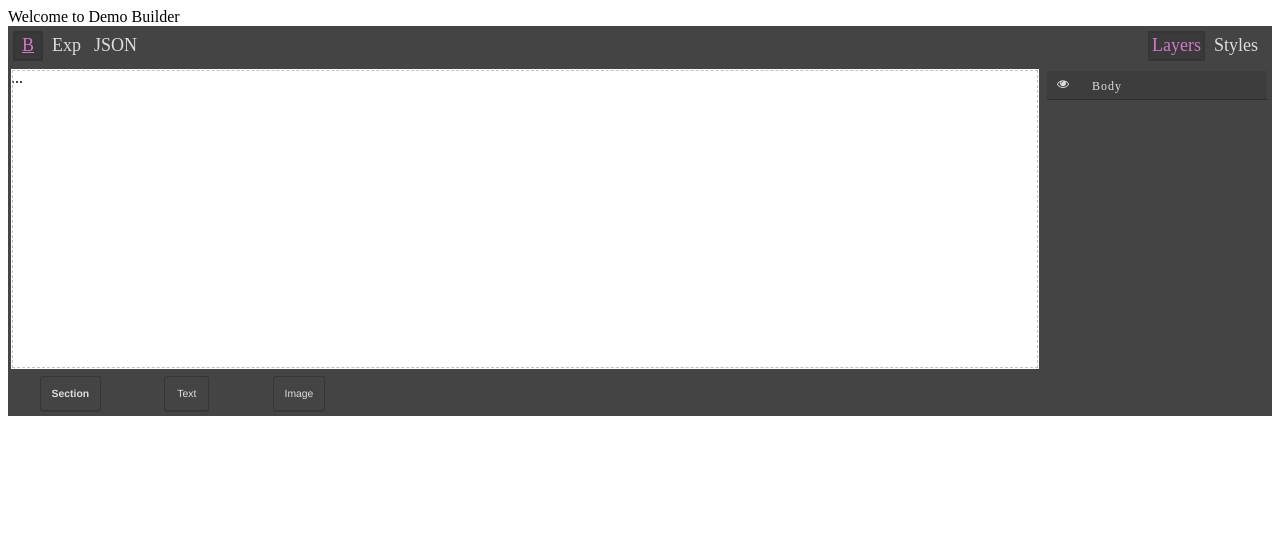
Repository: adityakulkarni000/DemoBuilder
Page: index.html
An editor plug-in stored every save of this project. The page is shown before and after a run of saves, followed by the edit.
The browser window is 1280 px wide. The pictures show the whole page.

Above is the page before, as saved 2022-06-19 01:38:14.

### index.html
<html>
  <header>Welcome to Demo Builder</header>
  <link rel="stylesheet" href="css/grapes.min.css" />
  <script src="lib/grapes.min.js"></script>

  <!-- STYLE SECTION-->
  <style>
    /* Let's highlight canvas boundaries */
    #gjs {
      border: 3px solid #444;
    }

    /* Reset some default styling */
    .gjs-cv-canvas {
      top: 0;
      width: 100%;
      height: 100%;
    }
    .gjs-block {
      width: auto;
      height: auto;
      min-height: auto;
    }
    .panel__top {
      padding: 0;
      width: 100%;
      display: flex;
      position: initial;
      justify-content: center;
      justify-content: space-between;
    }
    .panel__basic-actions {
      position: initial;
    }
    .editor-row {
      display: flex;
      justify-content: flex-start;
      align-items: stretch;
      flex-wrap: nowrap;
      height: 300px;
    }

    .editor-canvas {
      flex-grow: 1;
    }

    .panel__right {
      flex-basis: 230px;
      position: relative;
      overflow-y: auto;
    }
    .panel__switcher {
      position: initial;
    }
  </style>

  <!-- BODY SECTION-->
  <body>
    <div class="panel__top">
      <div class="panel__basic-actions"></div>
      <div class="panel__switcher"></div>
    </div>
    <div class="editor-row">
      <div class="editor-canvas">
        <div id="gjs">...</div>
      </div>
      <div class="panel__right">
        <div class="layers-container"></div>
        <div class="styles-container"></div>
        <div class="traits-container"></div>
      </div>
    </div>
    <div id="blocks"></div>
  </body>

  <!-- SCRIPT SECTION-->
  <script>
    const editor = grapesjs.init({
      // Indicate where to init the editor. You can also pass an HTMLElement
      container: "#gjs",
      // Get the content for the canvas directly from the element
      // As an alternative we could use: `components: '<h1>Hello World Component!</h1>'`,
      fromElement: true,
      // Size of the editor
      height: "300px",
      width: "auto",
      // Disable the storage manager for the moment
      storageManager: false,
      // Avoid any default panel
      panels: { defaults: [] },

      blockManager: {
        appendTo: "#blocks",
        blocks: [
          {
            id: "section", // id is mandatory
            label: "<b>Section</b>", // You can use HTML/SVG inside labels
            attributes: { class: "gjs-block-section" },
            content: `<section>
          <h1>This is a simple title</h1>
          <div>This is just a Lorem text: Lorem ipsum dolor sit amet</div>
        </section>`,
          },
          {
            id: "text",
            label: "Text",
            content: '<div data-gjs-type="text">Insert your text here</div>',
          },
          {
            id: "image",
            label: "Image",
            // Select the component once it's dropped
            select: true,
            // You can pass components as a JSON instead of a simple HTML string,
            // in this case we also use a defined component type `image`
            content: { type: "image" },
            // This triggers `active` event on dropped components and the `image`
            // reacts by opening the AssetManager
            activate: true,
          },
        ],
      },
      layerManager: {
        appendTo: ".layers-container",
      },
      // We define a default panel as a sidebar to contain layers
      panels: {
        defaults: [
          {
            id: "layers",
            el: ".panel__right",
            // Make the panel resizable
            resizable: {
              maxDim: 350,
              minDim: 200,
              tc: 0, // Top handler
              cl: 1, // Left handler
              cr: 0, // Right handler
              bc: 0, // Bottom handler
              // Being a flex child we need to change `flex-basis` property
              // instead of the `width` (default)
              keyWidth: "flex-basis",
            },
          },
          {
            id: "panel-switcher",
            el: ".panel__switcher",
            buttons: [
              {
                id: "show-layers",
                active: true,
                label: "Layers",
                command: "show-layers",
                // Once activated disable the possibility to turn it off
                togglable: false,
              },
              {
                id: "show-style",
                active: true,
                label: "Styles",
                command: "show-styles",
                togglable: false,
              },
            ],
          },
          {
            id: "panel-switcher",
            el: ".panel__switcher",
            buttons: [
              // ...
              {
                id: "show-traits",
                active: true,
                label: "Traits",
                command: "show-traits",
                togglable: false,
              },
            ],
          },
        ],
      },
      selectorManager: {
        appendTo: ".styles-container",
      },
      styleManager: {
        appendTo: ".styles-container",
        sectors: [
          {
            name: "Dimension",
            open: false,
            // Use built-in properties
            buildProps: ["width", "min-height", "padding"],
            // Use `properties` to define/override single property
            properties: [
              {
                // Type of the input,
                // options: integer | radio | select | color | slider | file | composite | stack
                type: "integer",
                name: "The width", // Label for the property
                property: "width", // CSS property (if buildProps contains it will be extended)
                units: ["px", "%"], // Units, available only for 'integer' types
                defaults: "auto", // Default value
                min: 0, // Min value, available only for 'integer' types
              },
            ],
          },
          {
            name: "Extra",
            open: false,
            buildProps: ["background-color", "box-shadow", "custom-prop"],
            properties: [
              {
                id: "custom-prop",
                name: "Custom Label",
                property: "font-size",
                type: "select",
                defaults: "32px",
                // List of options, available only for 'select' and 'radio'  types
                options: [
                  { value: "12px", name: "Tiny" },
                  { value: "18px", name: "Medium" },
                  { value: "32px", name: "Big" },
                ],
              },
            ],
          },
        ],
      },
      traitManager: {
        appendTo: ".traits-container",
      },
    });

    editor.Panels.addPanel({
      id: "panel-top",
      el: ".panel__top",
    });
    editor.Panels.addPanel({
      id: "basic-actions",
      el: ".panel__basic-actions",
      buttons: [
        {
          id: "visibility",
          active: true, // active by default
          className: "btn-toggle-borders",
          label: "<u>B</u>",
          command: "sw-visibility", // Built-in command
        },
        {
          id: "export",
          className: "btn-open-export",
          label: "Exp",
          command: "export-template",
          context: "export-template", // For grouping context of buttons from the same panel
        },
        {
          id: "show-json",
          className: "btn-show-json",
          label: "JSON",
          context: "show-json",
          command(editor) {
            editor.Modal.setTitle("Components JSON")
              .setContent(
                `<textarea style="width:100%; height: 250px;">
            ${JSON.stringify(editor.getComponents())}
          </textarea>`
              )
              .open();
          },
        },
      ],
    });
    editor.Commands.add("show-layers", {
      getRowEl(editor) {
        return editor.getContainer().closest(".editor-row");
      },
      getLayersEl(row) {
        return row.querySelector(".layers-container");
      },

      run(editor, sender) {
        const lmEl = this.getLayersEl(this.getRowEl(editor));
        lmEl.style.display = "";
      },
      stop(editor, sender) {
        const lmEl = this.getLayersEl(this.getRowEl(editor));
        lmEl.style.display = "none";
      },
    });
    editor.Commands.add("show-styles", {
      getRowEl(editor) {
        return editor.getContainer().closest(".editor-row");
      },
      getStyleEl(row) {
        return row.querySelector(".styles-container");
      },

      run(editor, sender) {
        const smEl = this.getStyleEl(this.getRowEl(editor));
        smEl.style.display = "";
      },
      stop(editor, sender) {
        const smEl = this.getStyleEl(this.getRowEl(editor));
        smEl.style.display = "none";
      },
    });
    editor.Commands.add("show-traits", {
      getTraitsEl(editor) {
        const row = editor.getContainer().closest(".editor-row");
        return row.querySelector(".traits-container");
      },
      run(editor, sender) {
        this.getTraitsEl(editor).style.display = "";
      },
      stop(editor, sender) {
        this.getTraitsEl(editor).style.display = "none";
      },
    });
  </script>
</html>

Loaded but not shown: css/grapes.min.css (library); lib/grapes.min.js (library)

After the next 2 saves:
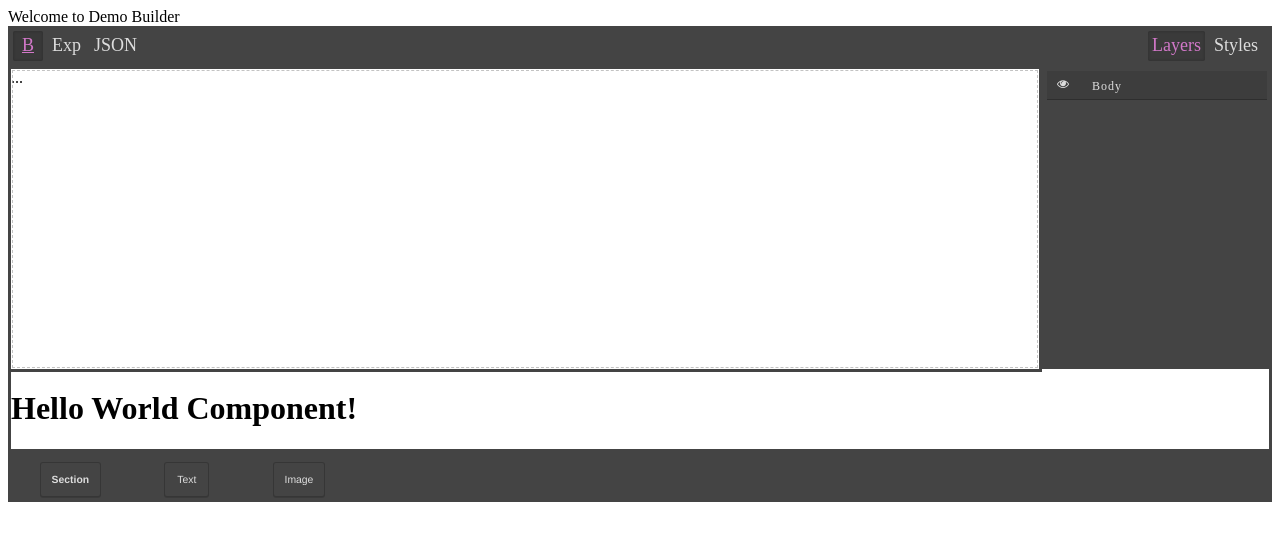
The 2 saves are shown as one change because they came seconds apart.
The last was saved 2 min 16 s later.
--- a/index.html
+++ b/index.html
@@ -69,6 +69,9 @@
         <div class="styles-container"></div>
         <div class="traits-container"></div>
       </div>
+    </div>
+    <div id="gjs">
+      <h1>Hello World Component!</h1>
     </div>
     <div id="blocks"></div>
   </body>

After the save that followed:
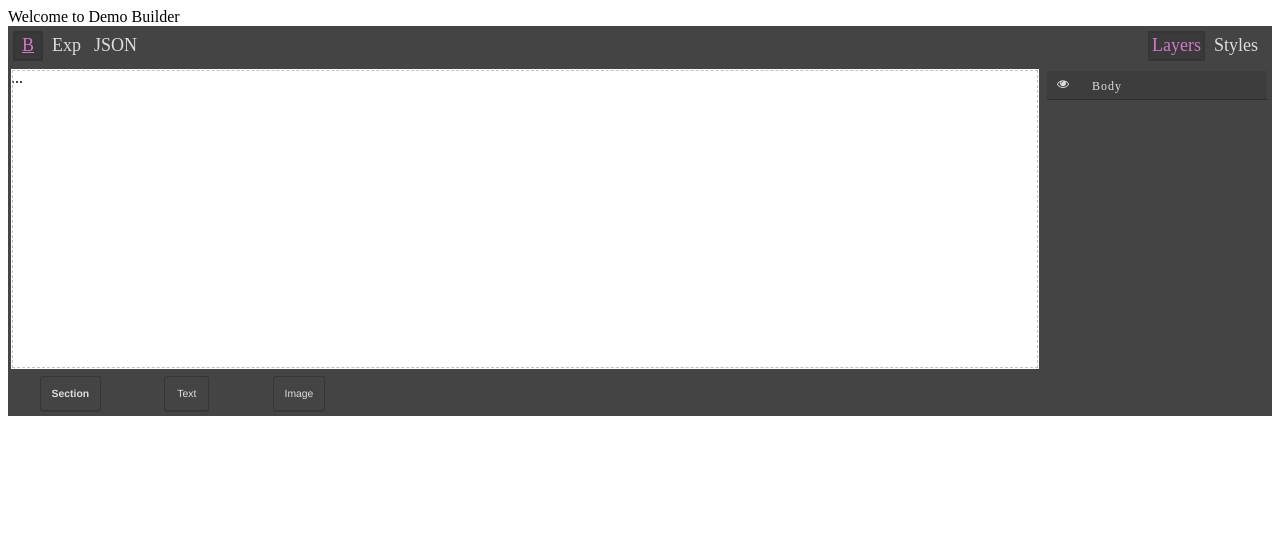
Saved 39 s later.
--- a/index.html
+++ b/index.html
@@ -69,9 +69,6 @@
         <div class="styles-container"></div>
         <div class="traits-container"></div>
       </div>
-    </div>
-    <div id="gjs">
-      <h1>Hello World Component!</h1>
     </div>
     <div id="blocks"></div>
   </body>
